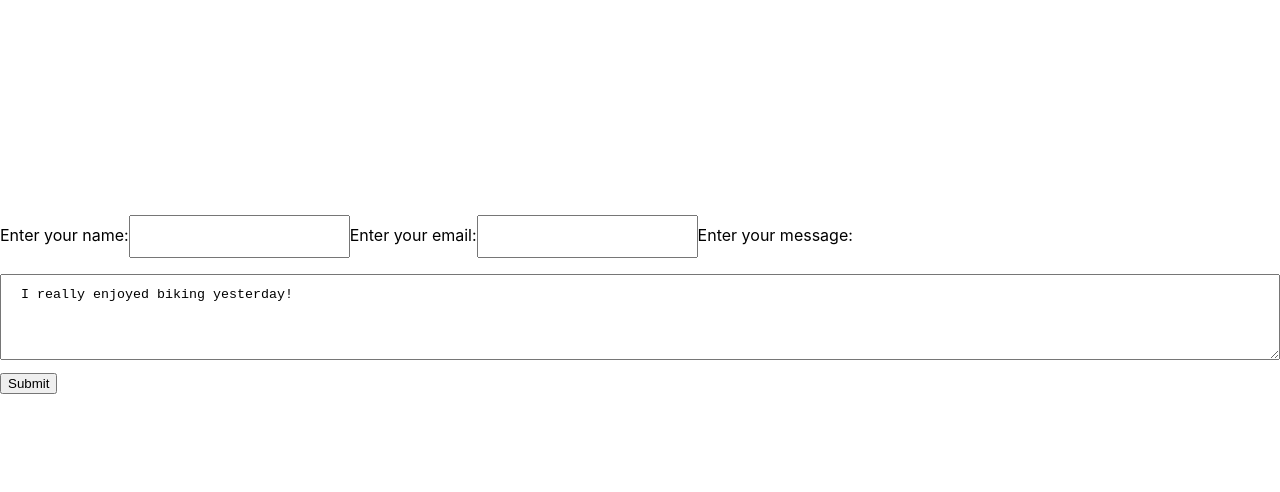
Repository: AddamVictorioDev/ProfileWebsite
Page: /form (app in con/)
An editor plug-in stored every save of this project. The page is shown before and after the next save, followed by the edit.
The browser window is 1280 px wide. The pictures show the whole page.
The project was rebuilt for these pictures with package versions that can differ from the ones it lists, and the page was loaded fresh each time. Also part of the build but not shown: con/src/App.css, con/src/home.css, con/src/home.js, con/src/addam.css, con/src/addam.js, con/src/usescripts.js, con/src/projects.js.

Above is the page before, as saved 2023-03-16 18:47:28.

### con/src/index.css
body {
  margin: 0;
  font-family: -apple-system, BlinkMacSystemFont, 'Segoe UI', 'Roboto', 'Oxygen',
    'Ubuntu', 'Cantarell', 'Fira Sans', 'Droid Sans', 'Helvetica Neue',
    sans-serif;
  -webkit-font-smoothing: antialiased;
  -moz-osx-font-smoothing: grayscale;
  /* background-image: url("/Users/addamvictorio/con/src/waterdropwallpp.jpg"); */
  /* background-color: #ffffff; */

}

code {
  font-family: source-code-pro, Menlo, Monaco, Consolas, 'Courier New',
    monospace;
}

### con/src/App.js
import logo from './logo.svg';
import './App.css';
import HomePage from './home';
import Addam from './addam';

import {
  BrowserRouter,
  Routes,
  Route
} from "react-router-dom";
import Projects from './projects';
import MyForm from './form';

function App() {

  return (

    <BrowserRouter>
      <Routes>


      <Route exact path="/" element={<Addam />}  />
      <Route path="projects" element={<Projects />} />
      <Route path="form" element={<MyForm />} />

      </Routes>


  </BrowserRouter>

  );
}

export default App;

### con/src/form.js
import { useState } from 'react';
import ReactDOM from 'react-dom/client';
import './form.css'

function MyForm() {
  const [inputs, setInputs] = useState({});
  const [textarea, setTextarea] = useState(
    "The content of a textarea goes in the value attribute"
  );

  const handleChange = (event) => {
    const name = event.target.name;
    const value = event.target.value;
    setInputs(values => ({...values, [name]: value}))
  }

  const handleSubmit = (event) => {
    event.preventDefault();
    alert(inputs);
  }

  return (
    <div className="center">
    <form onSubmit={handleSubmit}>
      <label>Enter your name:
      <input
        type="text"
        name="username"
        value={inputs.username || ""}
        onChange={handleChange}
      />
      </label>
      <label>Enter your email:
        <input
          type="text"
          name="age"
          value={inputs.age || ""}
          onChange={handleChange}
        />
        </label>
        <label>Enter your message:
        <textarea
        name="postContent"
        defaultValue="I really enjoyed biking yesterday!"
        rows={4}
        cols={40}
      />
        </label>

        <input type="submit" />
    </form>
    </div>
  )
}

export default MyForm;

### con/src/projects.css
.center{
    display: grid;
    justify-content: center;
    align-items: center;


}
.photo-grid {
    display: flex;
    height: 100%;

    border-radius: 10px;
    border-color: black;

    flex-wrap: wrap;
    justify-content: center;
    align-items: center;
    gap: 10px;
    background-color: blueviolet;
  }

  .photo-item {
    height: 100%;


    position: relative;




    overflow: auto;
  }

  img {
    width: 100%;
    height: 100%;


    object-fit: cover;
  }
  .img-text {
    position: absolute;
    width: 100%;
    bottom: 10px;

    color: white;
    background-color: rgb(199, 6, 6);
    padding: 10px;
  }

### con/src/form.css

.container{
    justify-content: center;
    align-items:center;
    background-color: aquamarine;
}

.center{
    display: grid;
    place-items: center;
    height: 600px;

}




input[type=text] {

    padding: 12px 20px;
    margin: 8px 0;
    box-sizing: content-box;
  }
  textarea {

    width: 100%;
    padding: 12px 20px;
    margin: 8px 0;
    box-sizing: border-box;
  }

Loaded but not shown: con/public/index.html (common file); con/src/index.js (common file); con/src/reportWebVitals.js (common file)

After the next save:
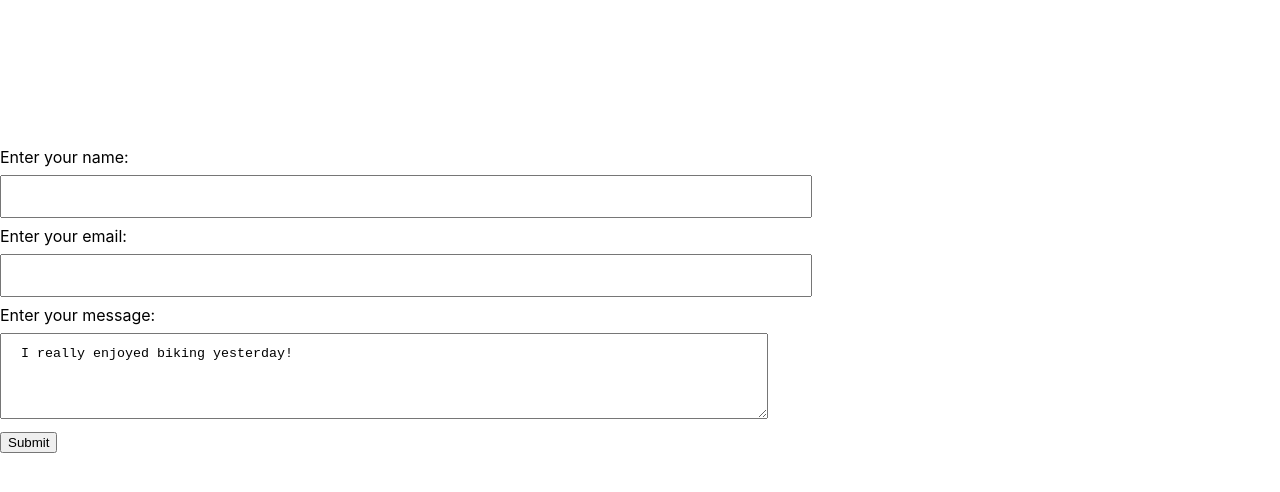
Saved 26 s later.
--- a/con/src/form.css
+++ b/con/src/form.css
@@ -9,6 +9,7 @@
     display: grid;
     place-items: center;
     height: 600px;
+    width: 60%;
 
 }
 
@@ -16,7 +17,7 @@
 
 
 input[type=text] {
-
+    width: 100%;
     padding: 12px 20px;
     margin: 8px 0;
     box-sizing: content-box;
